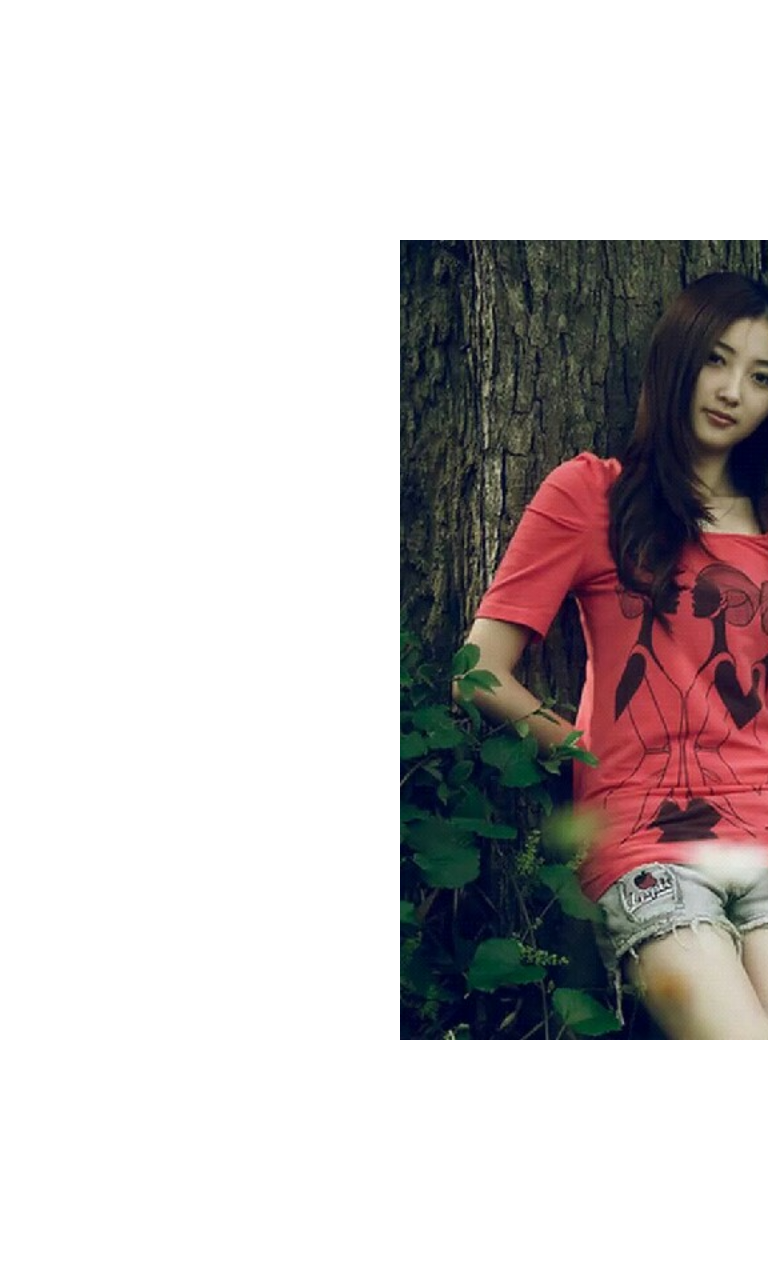
Repository: treizeor/android-examples
Layout: Ch003ScrollView/res/layout/vertical.xml
The author's editor kept a copy of each file at every save. The layout is drawn from the files as they stood at one save, then again after a run of saves.
It is drawn on a 768 x 1280 px phone screen (xhdpi) without system bars, with theme AppTheme; the app's code is not run.

Above is the layout before, as saved 2014-06-01 12:19:46.

After the next 2 saves:
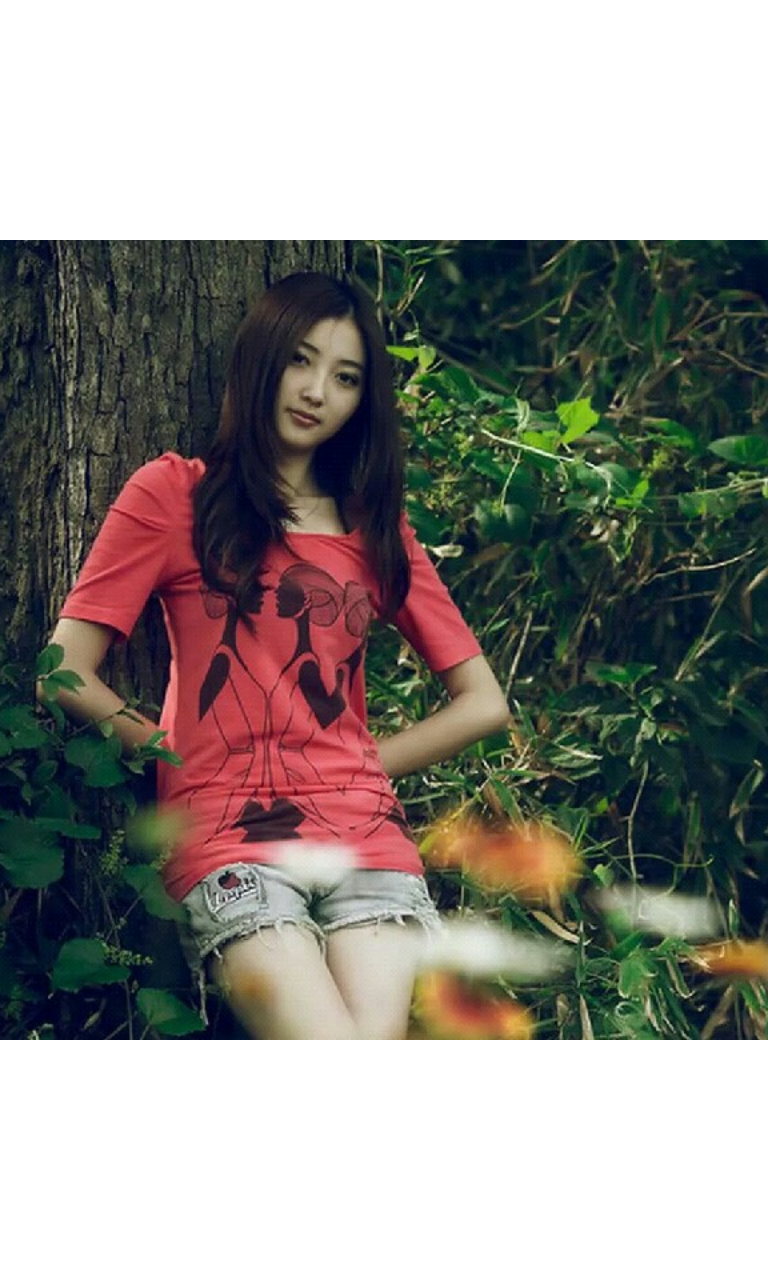
The 2 saves are shown as one change because 1 did not build or start.
The last was saved 79 s later.
--- a/Ch003ScrollView/res/layout/vertical.xml
+++ b/Ch003ScrollView/res/layout/vertical.xml
@@ -8,7 +8,7 @@
 
     <ImageView
         android:id="@+id/imageView1"
-        android:layout_gravity="center_vertical"
+        android:layout_gravity="center"
         android:layout_width="800dp"
         android:layout_height="800dp"
         android:src="@drawable/img4" />
